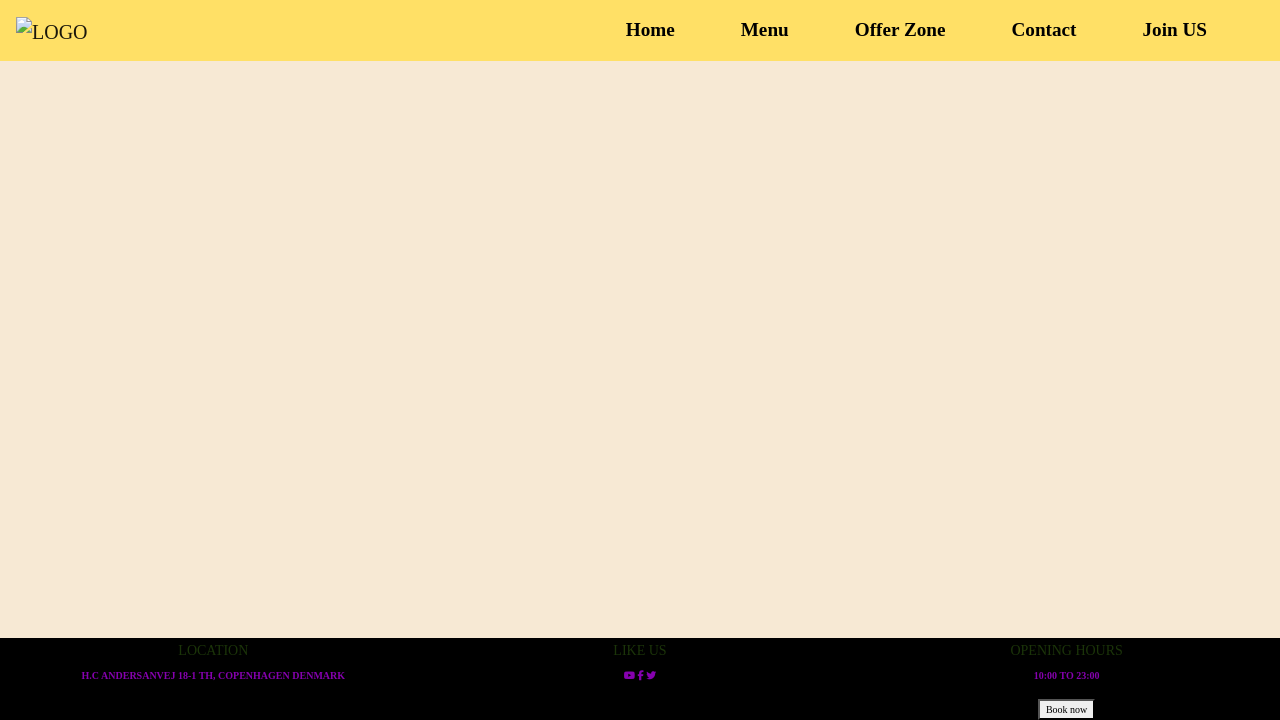
Repository: HMTRIVEDI/project-one
Page: index.html
The author's editor kept a record of every edit. The page is drawn from the files as they stood at one moment, then again after the next edit.
The browser window is 1280 px wide. The pictures show the whole page.
Some web fonts or font styles are not loaded; a fallback is used. Some web libraries are served in a nearby version.

Above is the page before.

After the next edit:
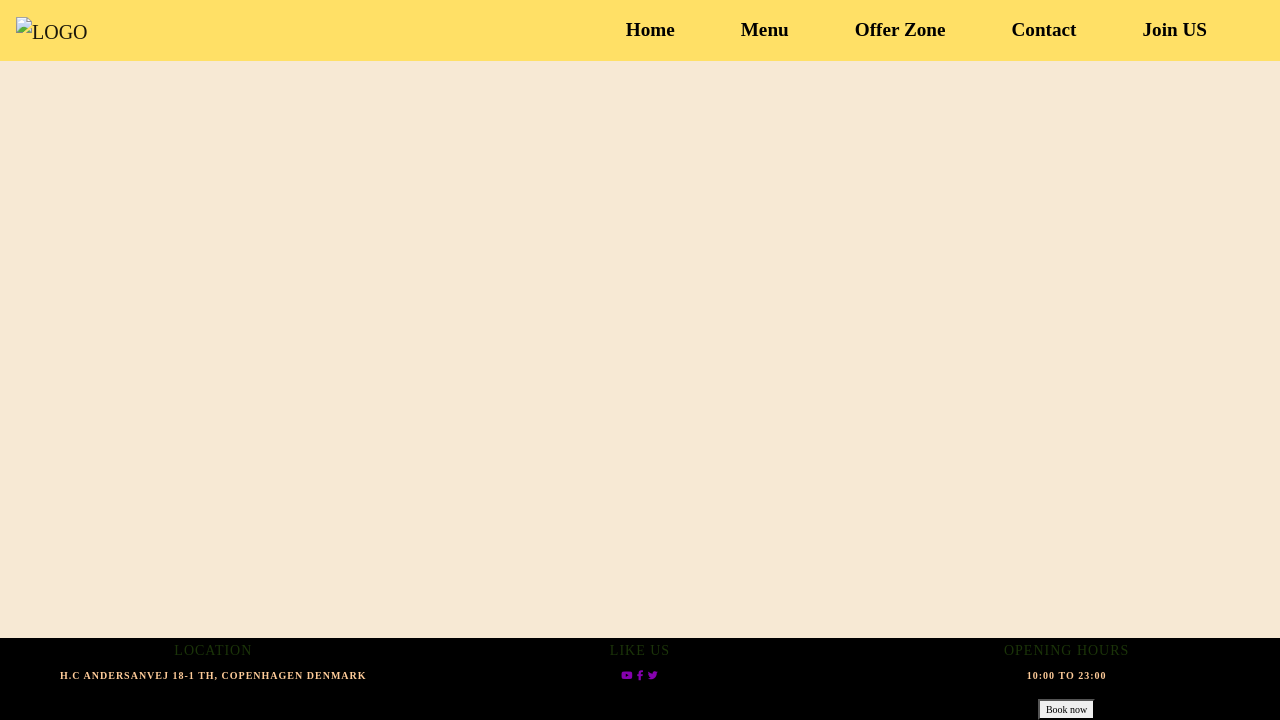
The edit:
--- a/assets/style.css
+++ b/assets/style.css
@@ -83,7 +83,7 @@
     font-size: 10px;
     width: 100%;
     text-align: center;
-    color:#8601AF;
+    color:#ffcc99;letter-spacing: 1px;
     text-transform: uppercase;
 }
 
